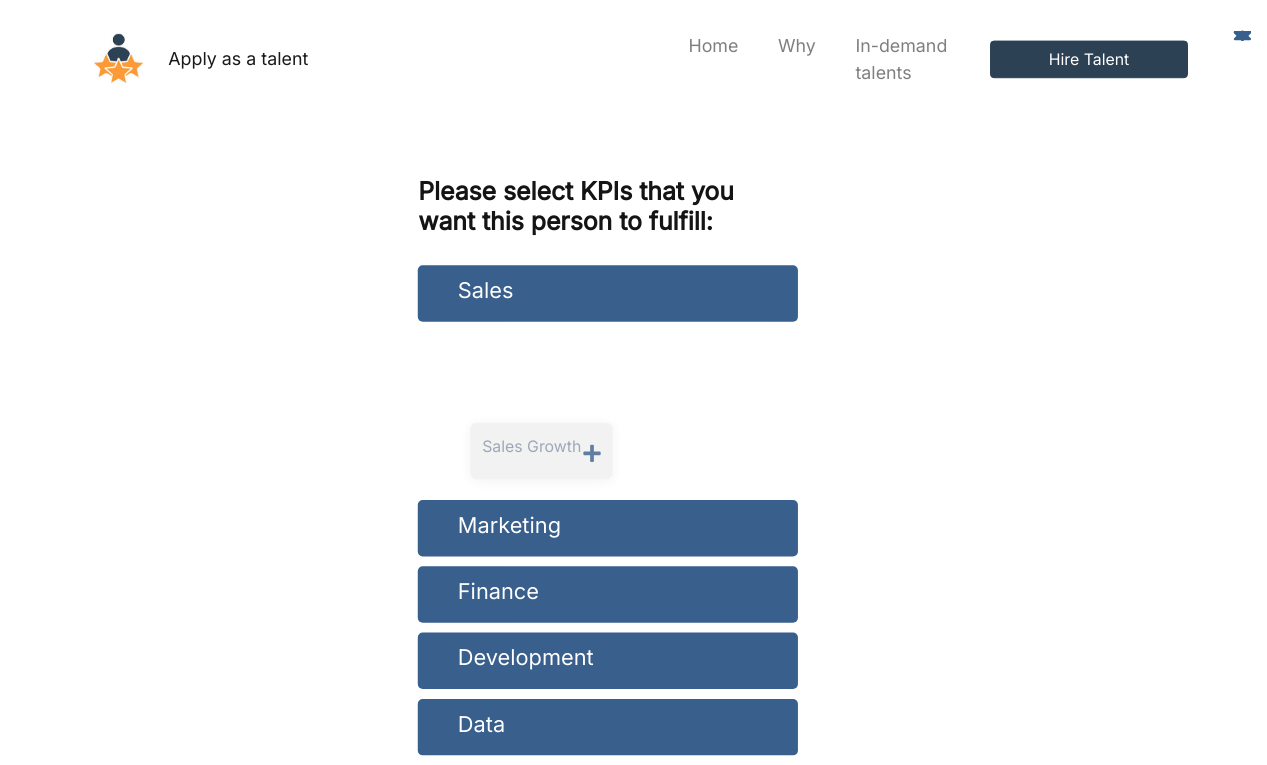
Repository: Ashwe9/talent-hire-reactJs
Page: /kpis, after clicking the first element matching `div.dropdown-box`
An editor plug-in stored every save of this project. The page is shown before and after a run of saves, followed by the edit.
The browser window is 1280 px wide. The pictures show the whole page, at 99% of full size.
The project was rebuilt for these pictures with package versions that can differ from the ones it lists, and the page was loaded fresh each time. A package was used in the major version that the imports need, not the one package.json lists. Also part of the build but not shown: src/homePage/components/TrustedBy/TrustedBy.css, src/homePage/components/TrustedBy/TrustedBy.js, src/homePage/components/Roles/Roles.js, src/homePage/components/homePageFooter/HomePageFooter.css, src/homePage/components/homePageFooter/HomePageFooter.js, src/homePage/HomePage.js, src/projectDetails/ProjectDetails.js.

Above is the page before, as saved 2022-08-18 16:36:19.

### public/index.html
<!DOCTYPE html>
<html lang="en">
  <head>
    <meta charset="utf-8" />
    <link rel="icon" href="%PUBLIC_URL%/favicon.ico" />
    <meta name="viewport" content="width=device-width, initial-scale=1" />
    <meta name="theme-color" content="#000000" />
    <meta
      name="description"
      content="Web site created using create-react-app"
    />
    <link rel="apple-touch-icon" href="%PUBLIC_URL%/logo192.png" />
    <link rel="manifest" href="%PUBLIC_URL%/manifest.json" />
    <link rel="stylesheet" href="https://stackpath.bootstrapcdn.com/bootstrap/4.4.1/css/bootstrap.min.css" integrity="sha384-Vkoo8x4CGsO3+Hhxv8T/Q5PaXtkKtu6ug5TOeNV6gBiFeWPGFN9MuhOf23Q9Ifjh" crossorigin="anonymous">
    <link href='https://fonts.googleapis.com/css?family=Inter' rel='stylesheet'>

    <title>App</title>
  </head>
  <body>
    <noscript>You need to enable JavaScript to run this app.</noscript>
    <div id="root"></div>
    <script src="https://code.jquery.com/jquery-3.4.1.slim.min.js" integrity="sha384-J6qa4849blE2+poT4WnyKhv5vZF5SrPo0iEjwBvKU7imGFAV0wwj1yYfoRSJoZ+n" crossorigin="anonymous"></script>
    <script src="https://cdn.jsdelivr.net/npm/popper.js@1.16.0/dist/umd/popper.min.js" integrity="sha384-Q6E9RHvbIyZFJoft+2mJbHaEWldlvI9IOYy5n3zV9zzTtmI3UksdQRVvoxMfooAo" crossorigin="anonymous"></script>
    <script src="https://stackpath.bootstrapcdn.com/bootstrap/4.4.1/js/bootstrap.min.js" integrity="sha384-wfSDF2E50Y2D1uUdj0O3uMBJnjuUD4Ih7YwaYd1iqfktj0Uod8GCExl3Og8ifwB6" crossorigin="anonymous"></script>  </body>
</html>

### src/App.js
import React from 'react'
import { BrowserRouter as Router, Route, Switch } from 'react-router-dom';
import { HomePage } from './homePage/HomePage';
import KPISPage from './kpisPage/KPISPage';
import ProjectDetails from './projectDetails/ProjectDetails';

function App() {
  return (
    <Router>
      <Switch>
        <Route exact path="/" component={HomePage} />
        <Route exact path="/kpis" component={KPISPage} />
        <Route exact path="/projectdetails" component={ProjectDetails} />
      </Switch>
    </Router>
  );
}

export default App;

### src/kpisPage/KPISPage.js
import React from 'react'
import './KPISPage.css'
import { Navbar } from '../shared-components/Navbar/Navbar'
import Header from './Header'
import DropDown from './DropDown'

const KPISPage = () => {
  return (
    <div>
      <Navbar />
      <Header />
      <DropDown title="Sales"/>
      <DropDown title="Marketing"/>
      <DropDown title="Finance"/>
      <DropDown title="Development"/>
      <DropDown title="Data"/>
    </div>
  )
}

export default KPISPage

### src/shared-components/Navbar/Navbar.js
import React from 'react'
import './Navbar.css'
import { useHistory } from 'react-router-dom'

export const Navbar = () => {
  let history=useHistory();
  return (
    <nav className="navbar navbar-expand-lg navbar-light">
      <img src= {require('../../assets/icon.png')} className="icon"/>
      <a className="navbar-brand title" href="#">Apply as a talent</a>
      <button className="navbar-toggler" type="button" data-toggle="collapse" data-target="#navbarText" aria-controls="navbarText" aria-expanded="false" aria-label="Toggle navigation">
        <span className="navbar-toggler-icon"></span>
      </button>
      <div className="collapse navbar-collapse" id="navbarText">
        <ul className="navbar-nav mr-auto">
          <li className="nav-item">
            <a className="nav-link" href="#" onClick={() => {
                history.push('/');
              } }>Home</a>
          </li>

          <li className="nav-item">
            <a className="nav-link" href="#">Why</a>
          </li>
          <li className="nav-item">
            <a className="nav-link" href="#">In-demand talents</a>
          </li>
        </ul>
        <span className="navbar-text">
          <button className='btn btn-dark navbar-btn'>Hire Talent</button>
        </span>
      </div>
    </nav>
  )
}

### src/kpisPage/Header.js
import React from 'react'
import './Header.css'

const Header = () => {
  return (
    <div className='header-box'>
        <p className='header-by-title'>
            Please select KPIs that you want this person to fulfill:
        </p>
    </div>
  )
}

export default Header

### src/kpisPage/DropDown.js
import {FaCaretDown, FaCaretUp} from 'react-icons/fa'
import React , { useState } from 'react'
import './DropDown.css'
import { left } from '@popperjs/core'
import Talents from './Talents'


const DropDown = ({title}) => {
    const [x, setCount] = useState(0);
    const incrementCount = () => {
        setCount(x + 1);
      };

  return (
    <div>
        <div className='dropdown-box' onClick={incrementCount} >
            <p className='dropdown-title'>{title}</p>
            <a> { x%2===0 ? <FaCaretDown id='icon' size={30} style={{}} /> : <FaCaretUp id='icon' size={30} style={{}} />}</a>
        </div>
        { x%2===1 ? <Talents title={title}/> : <></>}
    </div>
  )
}

export default DropDown

### src/shared-components/Navbar/Navbar.css
.icon{
    width: 80px;
}

.title{
    font-family: "Inter";
    font-style: normal;
    font-weight: 500;
    font-size: 18px;
    line-height: 28px;
    align-items: center;
    color: #444444;
    padding-left: 10px;
}

#navbarText{
    margin-left: 30%;
}
.navbar-items{
    margin: 0 35%;

}

.nav-item{
    font-family: "Inter";
    font-style: normal;
    font-weight: 500;
    font-size: 18px;
    align-items: center;
    color: #444444;
    padding-left: 24px;
}

.navbar-btn{
    font-family: "Inter";
    font-style: bold;
    background: #2c4154;
    /* padding: 5px 50px; */
    border-color: #2c4154;
    width: 200px;
}

.navbar{
    margin: 10px 5%;
}

@media only screen and (max-width: 600px) {
    body {
      background-color: lightblue;
    }
  }

### src/homePage/components/Roles/Roles.css
.roles-box{
    margin: 10px 10%;
    padding: 0px 10%;
    margin-top: 7%;
}

.role-item-active{
    background: #FFFFFF;
    border: 1px solid #395F8C;
    box-sizing: border-box;
    box-shadow: 0px 4px 14px 1px rgba(0, 0, 0, 0.04);
    border-radius: 6px;
    display: flex;
    padding: 2%;
    margin: 2%;
}

.role-item{
    opacity: 0.8;
    background: #FFFFFF;
    border: 0.2px solid #8692A6;
    box-sizing: border-box;
    box-shadow: 0px 2px 14px 1px rgba(0, 0, 0, 0.06);
    border-radius: 6px;
    display: flex;
    padding: 2%;
    margin: 2%;
}


.role-check{
    margin-right: 3%;
    width: 35px;
    height: 35px;
    align-self: center;
    background-color: #395F8C;
}

.role-item-paragraph-active{
    font-family: "Inter";
    font-style: normal;
    font-weight: normal;
    font-size: 16px;
    display: flex;
    align-items: center;

    color: #395F8C;
}

.role-item-paragraph{
    font-family: "Inter";
    font-style: normal;
    font-weight: normal;
    font-size: 16px;
    display: flex;
    align-items: center;
    opacity: 0.8;
    color: #8692A6;
}

.roles-question{
    color:#395f8c;
    font-family: "Inter";
    font-style: normal;
    font-weight: 400;
    font-size: 20px;
    text-decoration-line: underline;
    text-underline-position: under;
}

@media only screen and (max-width: 700px) {
    h2{
        font-size: 20px;
    }
    .role-item-paragraph-active{
        font-size: 10px;
    }

    .role-item-paragraph{
        font-size: 10px;
    }
    .roles-question{
        font-size: 14px;
    }

  }
@media only screen and (max-width: 450px) {
    h2{
        font-size: 14px;
    }
    .role-item-paragraph-active{
        font-size: 8px;
    }

    .role-item-paragraph{
        font-size: 8px;
    }
    .roles-question{
        font-size: 10px;
    }
}

input[type="checkbox"] { /* change "blue" browser chrome to yellow */
    filter: invert(20%) hue-rotate(15deg) brightness(1.4);
  }

### src/kpisPage/Header.css
.header-box{
    margin: 30px 30%;
    padding: 3%;
    padding-bottom: 0%;
    align-items: center;
    width: 35%;
}

.header-by-title{
    font-family: "Inter";
    font-style: bolder;
    font-weight: 700;
    font-size: 25px;
    line-height: 30px;
    align-items: center;
    color: #141414;
}


@media only screen and (max-width: 700px) {

    .header-by-title{
        font-size: 16px;
    }

    .header-box{
        margin-left: 90px;
        width: 100%;
    }
  }
@media only screen and (max-width: 450px) {
    .header-by-title{
        font-size: 13px;
    }
    .header-box{
        margin-left: 70px;
        width: 100%;
    }
}

### src/kpisPage/DropDown.css
.dropdown-box{
    margin: 0px 33%;
    padding-top: 10px;
    padding-bottom: 1px;
    width: 30%;
    background-color: #395f8c;
    border-radius: 5px;
    display: flex;
    cursor: pointer;
    margin-bottom: 10px;

}

.dropdown-title{
    font-family: "Inter";
    font-style: bolder;
    font-weight: 300;
    font-size: 22px;
    line-height: 30px;
    align-items: center;
    color: white;
    margin-left: 40px;
}

#icon{
    color: white;
    position:absolute;
    right:580px;
}


@media only screen and (max-width: 700px) {

    .dropdown-title{
        font-size: 16px;
        margin-left: 0;
    }

    .dropdown-box{
        margin-left: 70px;
        width: 60%;
    }
    #icon{
        opacity: 0;
    }
  }
@media only screen and (max-width: 450px) {
    .dropdown-title{
        font-size: 11px;
        margin-left: 0;
    }
    .dropdown-box{
        margin-left: 70px;
        width: 60%;
    }

    #icon{
        opacity: 0;
    }
}

### src/kpisPage/Talents.js
import React from 'react'
import './Talents.css'
import { useState } from 'react'
import {FaPlus, FaMinus} from 'react-icons/fa'


const Talents = ({title}) => {
    const [checked_1, setCount] = useState(0);
    const incrementCount1 = () => {
        setCount(checked_1 + 1);
      };
    return (
        <div className='roles-box'>
          <form className='check-form'>
            <div className='row'>
              <div className={`col-3 ${checked_1 ? "role-item-active" : "role-item"}`} onClick={incrementCount1}>
                <label for="role_1" className={`${checked_1%2===0 ? "role-item-paragraph-active" : "role-item-paragraph"}`}>Sales Growth</label>
                <a> { checked_1%2===0 ? <FaPlus id='icon' size={20} style={{}} /> : <FaMinus id='icon' size={20} style={{}} />}</a>
              </div>
              {/*<div className={`col-3 ${checked_2 ? "role-item-active" : "role-item"}`}>
                <label for="role_2" className={`${checked_2 ? "role-item-paragraph-active" : "role-item-paragraph"}`}>Sales Target</label>
                <a> { x%2===0 ? <FaCaretDown id='icon' size={30} style={{}} /> : <FaCaretUp id='icon' size={30} style={{}} />}</a>
              </div>
              <div className={`col-3 ${checked_3 ? "role-item-active" : "role-item"}`}>
                <label for="role_3" className={`${checked_3 ? "role-item-paragraph-active" : "role-item-paragraph"}`}>Revenue</label>
                <a> { x%2===0 ? <FaCaretDown id='icon' size={30} style={{}} /> : <FaCaretUp id='icon' size={30} style={{}} />}</a>
              </div>
              <div className={`col-4 ${checked_4 ? "role-item-active" : "role-item"}`}>
                <label for="role_4" className={`${checked_4 ? "role-item-paragraph-active" : "role-item-paragraph"}`}>Customer Churn Rate</label>
                <a> { x%2===0 ? <FaCaretDown id='icon' size={30} style={{}} /> : <FaCaretUp id='icon' size={30} style={{}} />}</a>
              </div>
            </div>
            <div className='row'>
              <div className={`col-4 ${checked_5 ? "role-item-active" : "role-item"}`}>
                <label for="role_5" className={`${checked_5 ? "role-item-paragraph-active" : "role-item-paragraph"}`}>Lead Conversion Ratio</label>
                <a> { x%2===0 ? <FaCaretDown id='icon' size={30} style={{}} /> : <FaCaretUp id='icon' size={30} style={{}} />}</a>
    </div>*/}
            </div>
          </form>
        </div>

      )
}

export default Talents

### src/kpisPage/Talents.css
.roles-box{
    margin-left: 350px;
}

.role-item-active{
    background: #FFFFFF;
    border: 1px solid #395F8C;
    box-sizing: border-box;
    box-shadow: 0px 4px 14px 1px rgba(0, 0, 0, 0.04);
    border-radius: 6px;
    display: flex;
}

#icon{
    color: #395F8C;
    position:absolute;
    right:10px;
    top: 20px
}

.role-item{
    opacity: 0.8;
    background: #f0f0f0;
    border: 0.2px solid #f0f0f0;
    box-sizing: border-box;
    box-shadow: 0px 2px 14px 1px rgba(0, 0, 0, 0.06);
    border-radius: 6px;
    display: flex;
}


.role-check{
    width: 35px;
    height: 35px;
    align-self: center;
    background-color: #395F8C;
}

.role-item-paragraph-active{
    font-family: "Inter";
    font-style: normal;
    font-weight: normal;
    font-size: 16px;
    display: flex;
    align-items: center;

    color: #8692a6;
}

.role-item-paragraph{
    font-family: "Inter";
    font-style: normal;
    font-weight: bold;
    font-size: 16px;
    display: flex;
    align-items: center;
    opacity: 0.8;
    color: #395f8c;
}

.roles-question{
    color:#395f8c;
    font-family: "Inter";
    font-style: normal;
    font-weight: 400;
    font-size: 20px;
    text-decoration-line: underline;
    text-underline-position: under;
}

@media only screen and (max-width: 700px) {
    h2{
        font-size: 20px;
    }
    .role-item-paragraph-active{
        font-size: 10px;
    }

    .role-item-paragraph{
        font-size: 10px;
    }
    .roles-question{
        font-size: 14px;
    }

  }
@media only screen and (max-width: 450px) {
    h2{
        font-size: 14px;
    }
    .role-item-paragraph-active{
        font-size: 8px;
    }

    .role-item-paragraph{
        font-size: 8px;
    }
    .roles-question{
        font-size: 10px;
    }
}

input[type="checkbox"] { /* change "blue" browser chrome to yellow */
    filter: invert(20%) hue-rotate(15deg) brightness(1.4);
  }

Loaded but not shown: src/index.js (common file); src/reportWebVitals.js (common file); src/index.css (no stored copy; drawn as an empty file); src/kpisPage/KPISPage.css (no stored copy; drawn as an empty file)

After the next 4 saves:
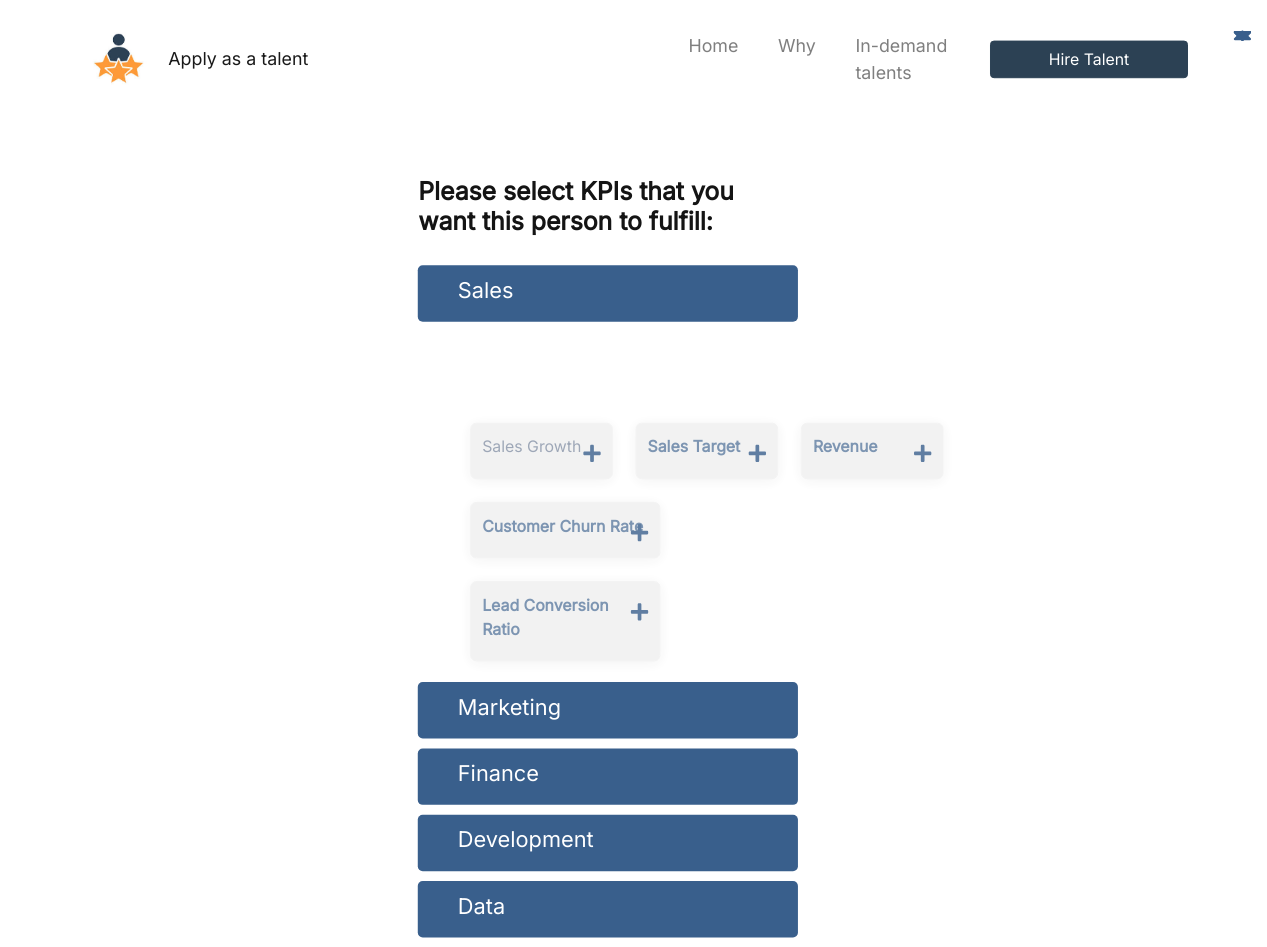
The 4 saves are shown as one change because 3 did not build or start.
The last was saved 3 min 32 s later.
--- a/src/kpisPage/Talents.js
+++ b/src/kpisPage/Talents.js
@@ -5,10 +5,26 @@ import {FaPlus, FaMinus} from 'react-icons/fa'
 
 
 const Talents = ({title}) => {
-    const [checked_1, setCount] = useState(0);
+    const [checked_1, setCount1] = useState(0);
     const incrementCount1 = () => {
-        setCount(checked_1 + 1);
+        setCount1(checked_1 + 1);
       };
+    const [checked_2, setCount2] = useState(0);
+    const incrementCount2 = () => {
+        setCount2(checked_2 + 1);
+    };
+    const [checked_3, setCount3] = useState(0);
+    const incrementCount3 = () => {
+    setCount3(checked_3 + 1);
+    };
+    const [checked_4, setCount4] = useState(0);
+    const incrementCount4 = () => {
+        setCount4(checked_4 + 1);
+    };
+    const [checked_5, setCount5] = useState(0);
+    const incrementCount5 = () => {
+        setCount5(checked_5 + 1);
+        };
     return (
         <div className='roles-box'>
           <form className='check-form'>
@@ -17,24 +33,24 @@ const Talents = ({title}) => {
                 <label for="role_1" className={`${checked_1%2===0 ? "role-item-paragraph-active" : "role-item-paragraph"}`}>Sales Growth</label>
                 <a> { checked_1%2===0 ? <FaPlus id='icon' size={20} style={{}} /> : <FaMinus id='icon' size={20} style={{}} />}</a>
               </div>
-              {/*<div className={`col-3 ${checked_2 ? "role-item-active" : "role-item"}`}>
+              <div className={`col-3 ${checked_2 ? "role-item-active" : "role-item"}`} onClick={incrementCount2}>
                 <label for="role_2" className={`${checked_2 ? "role-item-paragraph-active" : "role-item-paragraph"}`}>Sales Target</label>
-                <a> { x%2===0 ? <FaCaretDown id='icon' size={30} style={{}} /> : <FaCaretUp id='icon' size={30} style={{}} />}</a>
+                <a> { checked_2%2===0 ? <FaPlus id='icon' size={20} style={{}} /> : <FaMinus id='icon' size={20} style={{}} />}</a>
               </div>
-              <div className={`col-3 ${checked_3 ? "role-item-active" : "role-item"}`}>
+              <div className={`col-3 ${checked_3 ? "role-item-active" : "role-item"}`} onClick={incrementCount3} >
                 <label for="role_3" className={`${checked_3 ? "role-item-paragraph-active" : "role-item-paragraph"}`}>Revenue</label>
-                <a> { x%2===0 ? <FaCaretDown id='icon' size={30} style={{}} /> : <FaCaretUp id='icon' size={30} style={{}} />}</a>
+                <a> { checked_3%2===0 ? <FaPlus id='icon' size={20} style={{}} /> : <FaMinus id='icon' size={20} style={{}} />}</a>
               </div>
-              <div className={`col-4 ${checked_4 ? "role-item-active" : "role-item"}`}>
+              <div className={`col-4 ${checked_4 ? "role-item-active" : "role-item"}`} onClick={incrementCount4}>
                 <label for="role_4" className={`${checked_4 ? "role-item-paragraph-active" : "role-item-paragraph"}`}>Customer Churn Rate</label>
-                <a> { x%2===0 ? <FaCaretDown id='icon' size={30} style={{}} /> : <FaCaretUp id='icon' size={30} style={{}} />}</a>
+                <a> { checked_4%2===0 ? <FaPlus id='icon' size={20} style={{}} /> : <FaMinus id='icon' size={20} style={{}} />}</a>
               </div>
             </div>
             <div className='row'>
-              <div className={`col-4 ${checked_5 ? "role-item-active" : "role-item"}`}>
+              <div className={`col-4 ${checked_5 ? "role-item-active" : "role-item"}`} onClick={incrementCount5}>
                 <label for="role_5" className={`${checked_5 ? "role-item-paragraph-active" : "role-item-paragraph"}`}>Lead Conversion Ratio</label>
-                <a> { x%2===0 ? <FaCaretDown id='icon' size={30} style={{}} /> : <FaCaretUp id='icon' size={30} style={{}} />}</a>
-    </div>*/}
+                <a> { checked_5%2===0 ? <FaPlus id='icon' size={20} style={{}} /> : <FaMinus id='icon' size={20} style={{}} />}</a>
+            </div>
             </div>
           </form>
         </div>
